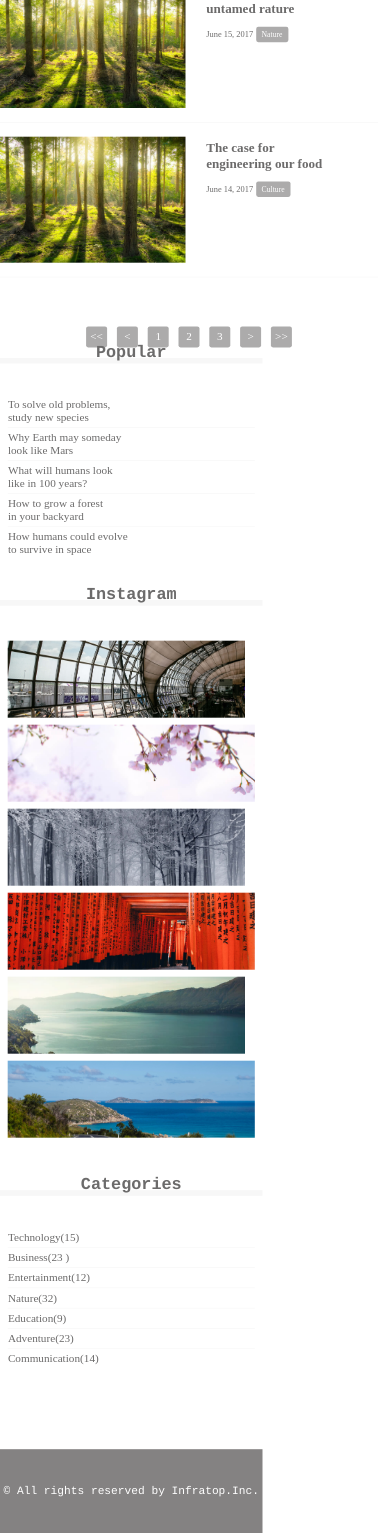
Repository: ishidaryu/ishidaryu
Page: caravan/index.html
The author's editor kept a record of every edit. The page is drawn from the files as they stood at one moment, then again after the next edit.
The browser window is 375 px wide. The page is 540 px wide, so the pictures cover 540 px, including what lies to the right of the window. The pictures show the part of the page from y = 1236 to 3476 px (the page is 3426 px tall before and 3476 px after), at 70% of full size.
Some icons come from a web library that is not loaded, so they are not drawn. Some web libraries are served in a nearby version.

Above is the page before.

After the next edit:
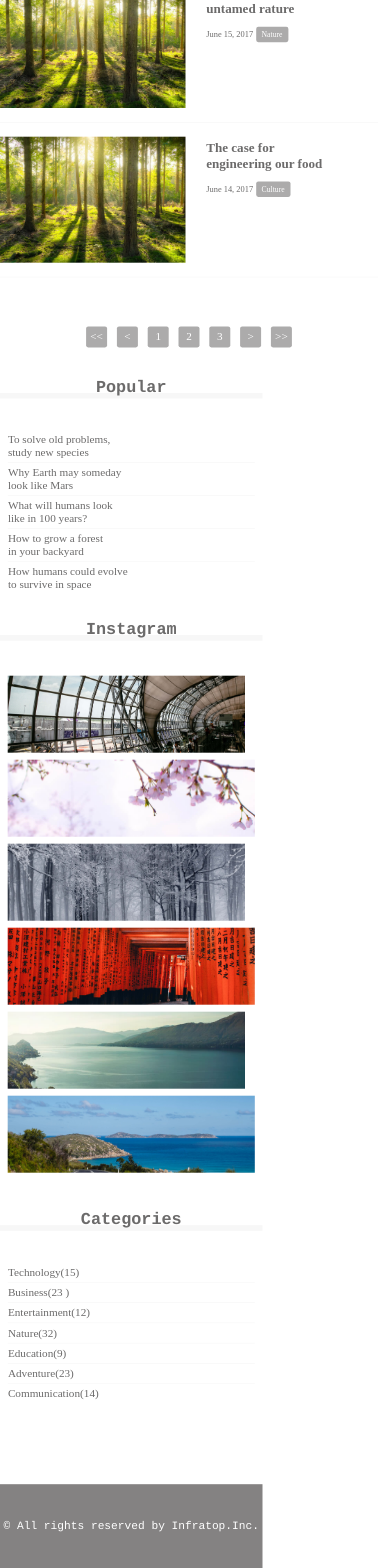
The edit:
--- a/caravan/style.css
+++ b/caravan/style.css
@@ -283,4 +283,8 @@
   margin-right: 4%;
 }
 
-}
+.pagination {
+  margin-bottom: 50px;
+}
+
+}
